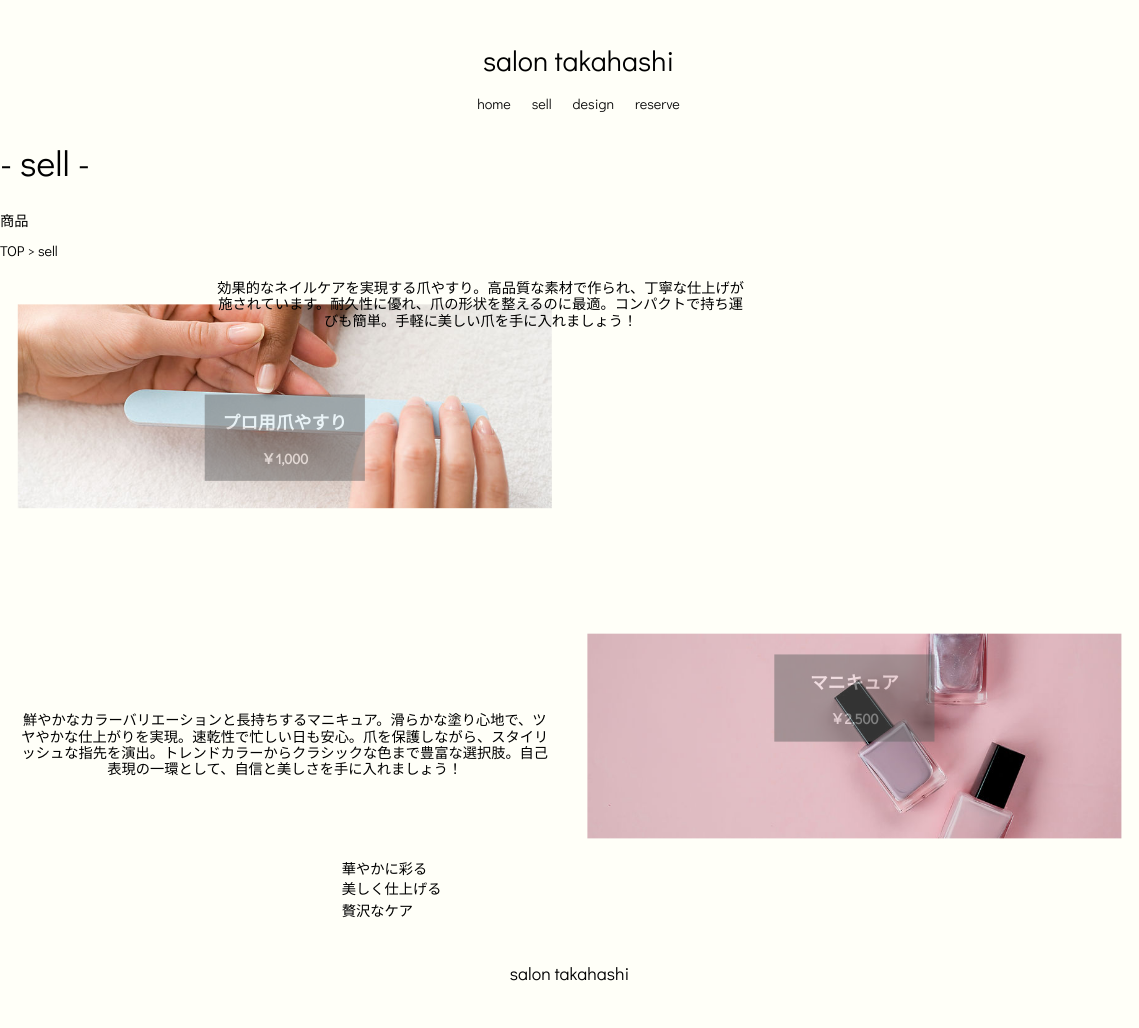
Repository: yukitakahashi1002/salontakahashi-
Page: sell.html
An editor plug-in stored every save of this project. The page is shown before and after the next save, followed by the edit.
The browser window is 1280 px wide. The pictures show the whole page, at 89% of full size.

Above is the page before, as saved 2023-08-02 02:23:01.

After the next save:
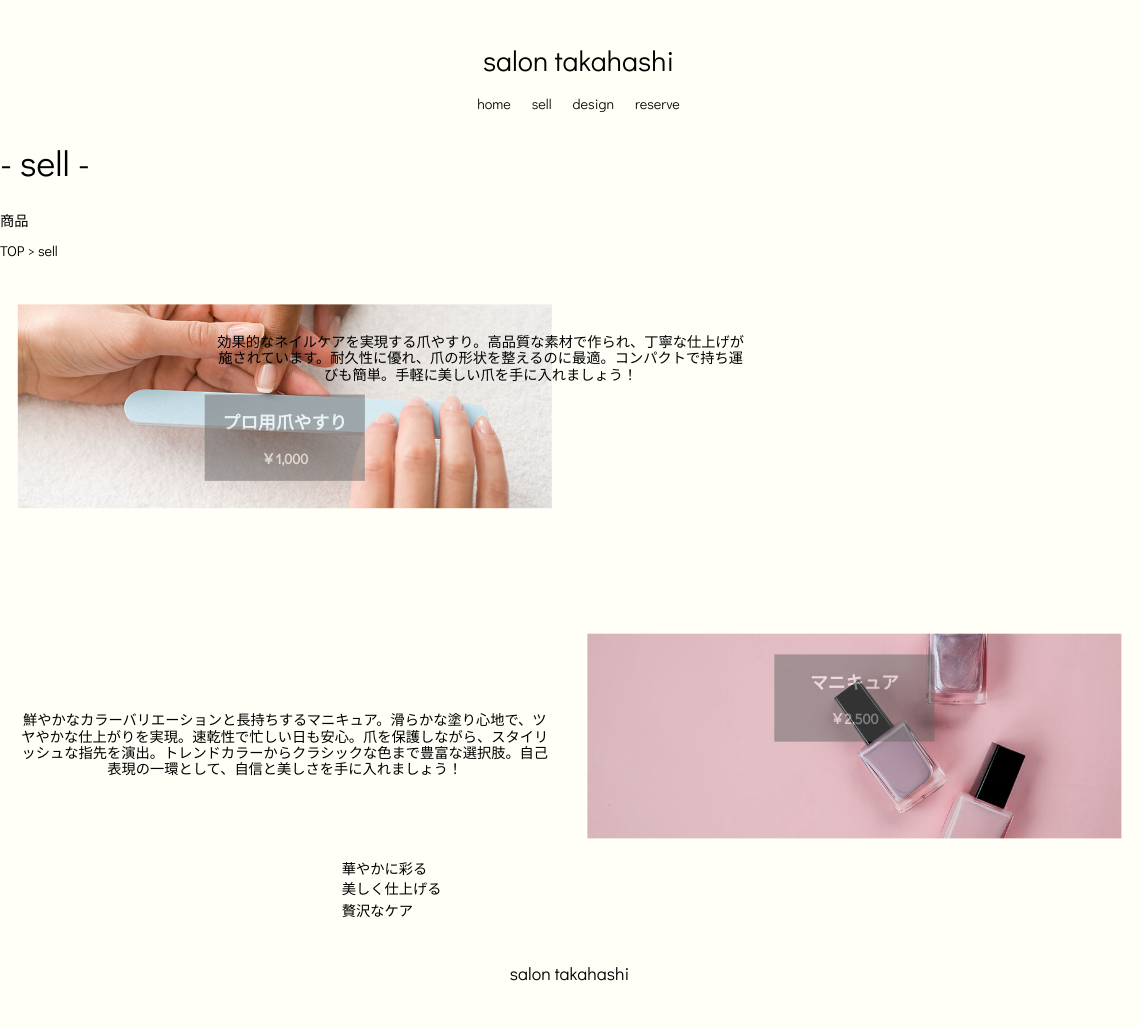
Saved 47 s later.
--- a/css/style.css
+++ b/css/style.css
@@ -198,7 +198,7 @@
 .sell-description-right {
     width: 100%;
     position: absolute;
-    top: 0;
+    top: 10%;
     right: 20%;
     -ms-transform: translate(-50%, -50%);
     -webkit-transform: translate(-50%, -50%);

After the save that followed:
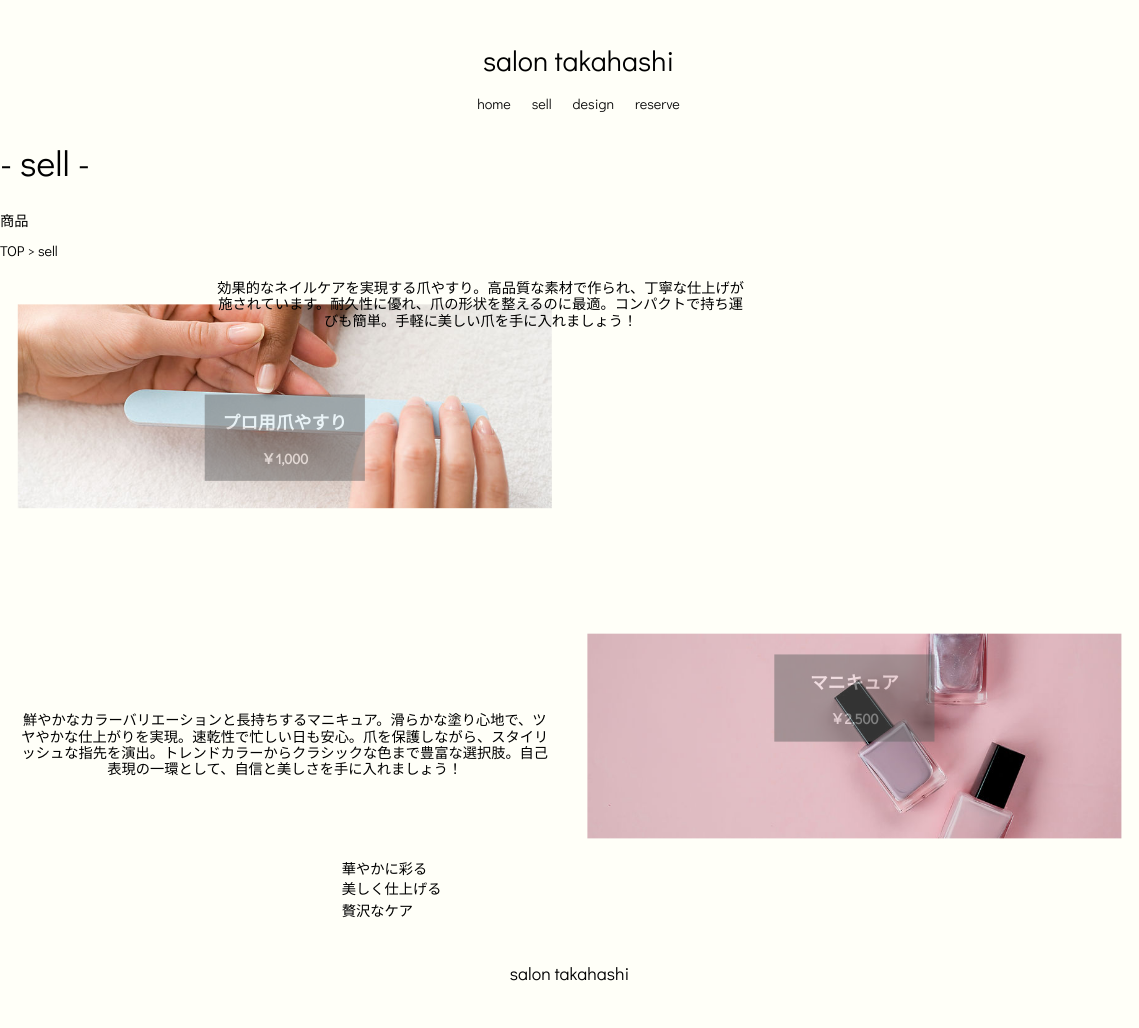
Saved 26 s later.
--- a/css/style.css
+++ b/css/style.css
@@ -198,7 +198,7 @@
 .sell-description-right {
     width: 100%;
     position: absolute;
-    top: 10%;
+    top: 0;
     right: 20%;
     -ms-transform: translate(-50%, -50%);
     -webkit-transform: translate(-50%, -50%);
